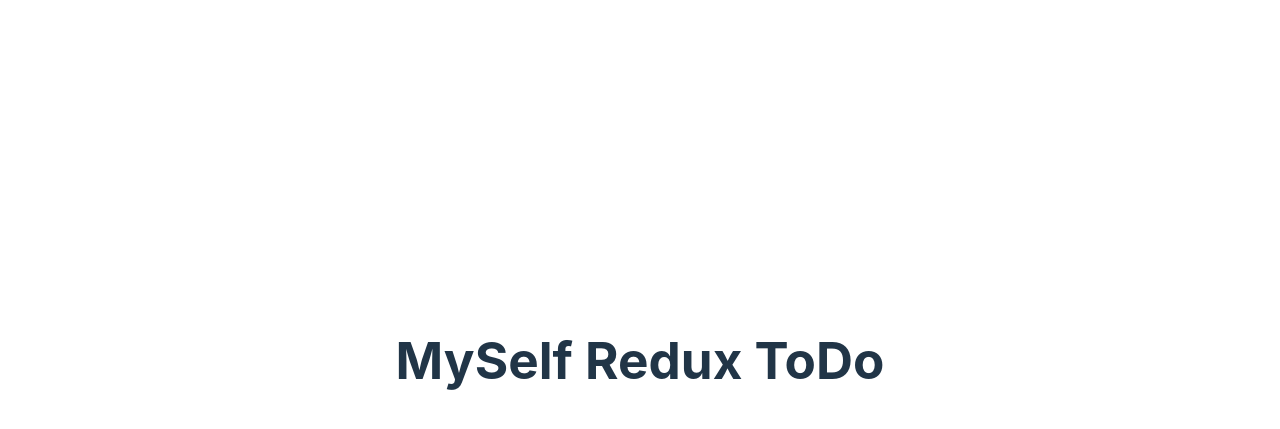
Repository: iveivs/mNepRe
Page: / (app in redux/myself-redux-todo/)
These files come from the project's save history. The page is drawn as it stood at one moment and after a run of saves; the edit follows.
The browser window is 1280 px wide. The pictures show the whole page.
The project was rebuilt for these pictures with package versions that can differ from the ones it lists, and the page was loaded fresh each time. Also part of the build but not shown: redux/myself-redux-todo/vite.config.js.

Above is the page before, as saved 2024-03-12 15:49:48.

After the next 2 saves:
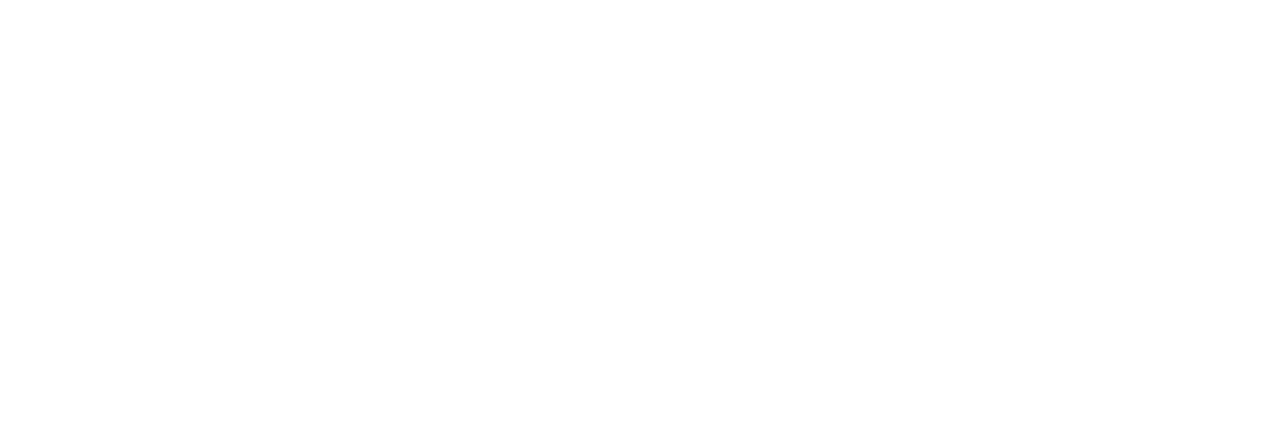
Console error: TypeError: Cannot read properties of undefined (reading 'getState')
The 2 saves are shown as one change because they came seconds apart.
The last was saved 11 s later.
--- a/redux/myself-redux-todo/src/main.jsx
+++ b/redux/myself-redux-todo/src/main.jsx
@@ -6,7 +6,7 @@
 import { store } from './store';
 
 ReactDOM.createRoot(document.getElementById('root')).render(
-  <React.StrictMode>
+  <Provider>
     <App />
-  </React.StrictMode>,
+  </Provider>,
 )

After the 2 saves that followed:
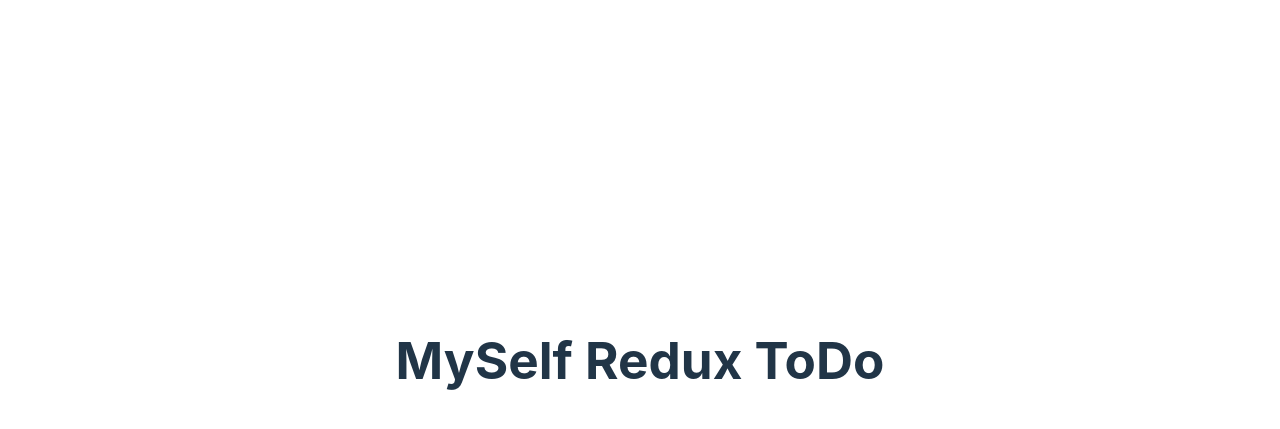
The error is gone.
The 2 saves are shown as one change because they came seconds apart.
The last was saved 8 s later.
--- a/redux/myself-redux-todo/src/main.jsx
+++ b/redux/myself-redux-todo/src/main.jsx
@@ -6,7 +6,7 @@
 import { store } from './store';
 
 ReactDOM.createRoot(document.getElementById('root')).render(
-  <Provider>
+  <Provider store={store}>
     <App />
   </Provider>,
 )
